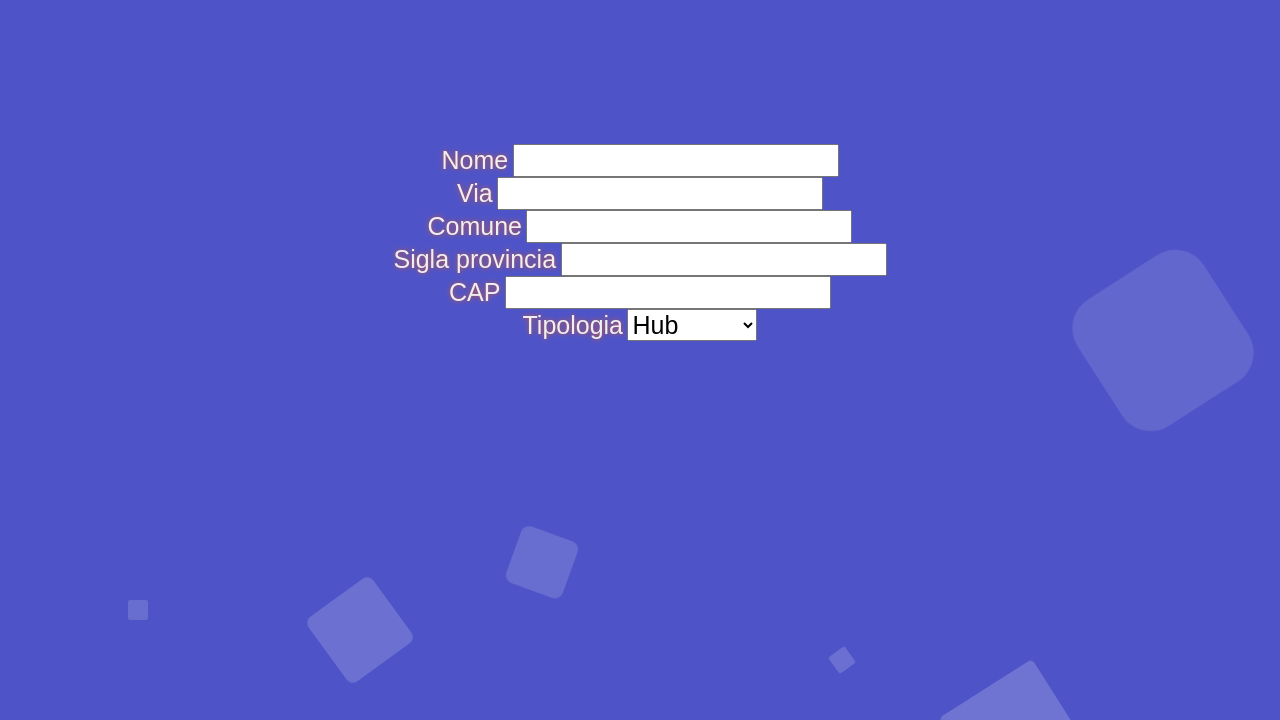
Repository: Jok98/CentriVaccinaliWebApp
Page: http://localhost/CentriVaccinaliOperatori/iscrizionecentrovax.jsp
These files come from the project's save history. The page is drawn as it stood at one moment and after the next save; the edit follows.
The browser window is 1280 px wide. The pictures show the whole page.
Some web fonts or font styles are not loaded; a fallback is used. The page is served by Tomcat 9.

Above is the page before, as saved 2022-09-24 16:22:53.

After the next save:
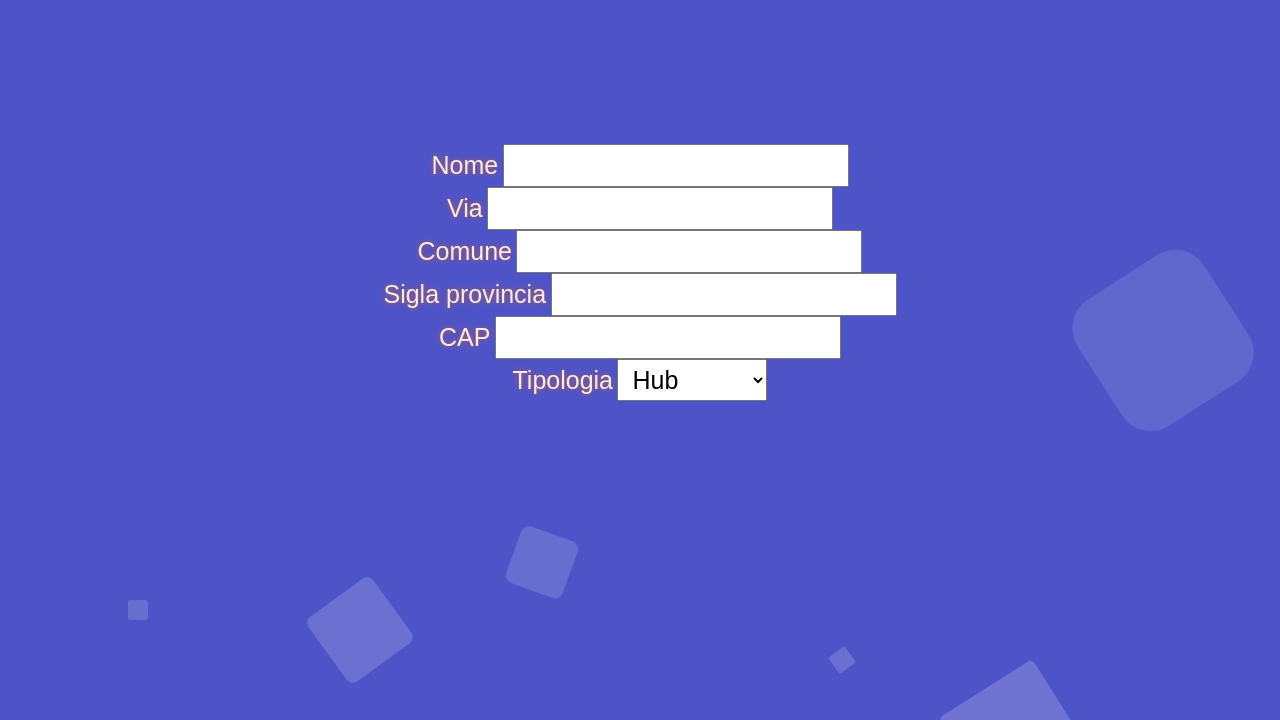
Saved 61 s later.
--- a/CentriVaccinaliOperatori/src/main/webapp/css/form.css
+++ b/CentriVaccinaliOperatori/src/main/webapp/css/form.css
@@ -37,6 +37,6 @@
 }
 
 .input {
-
+	padding: 5px 10px;
 	font-size: 25px;
 }

After the save that followed:
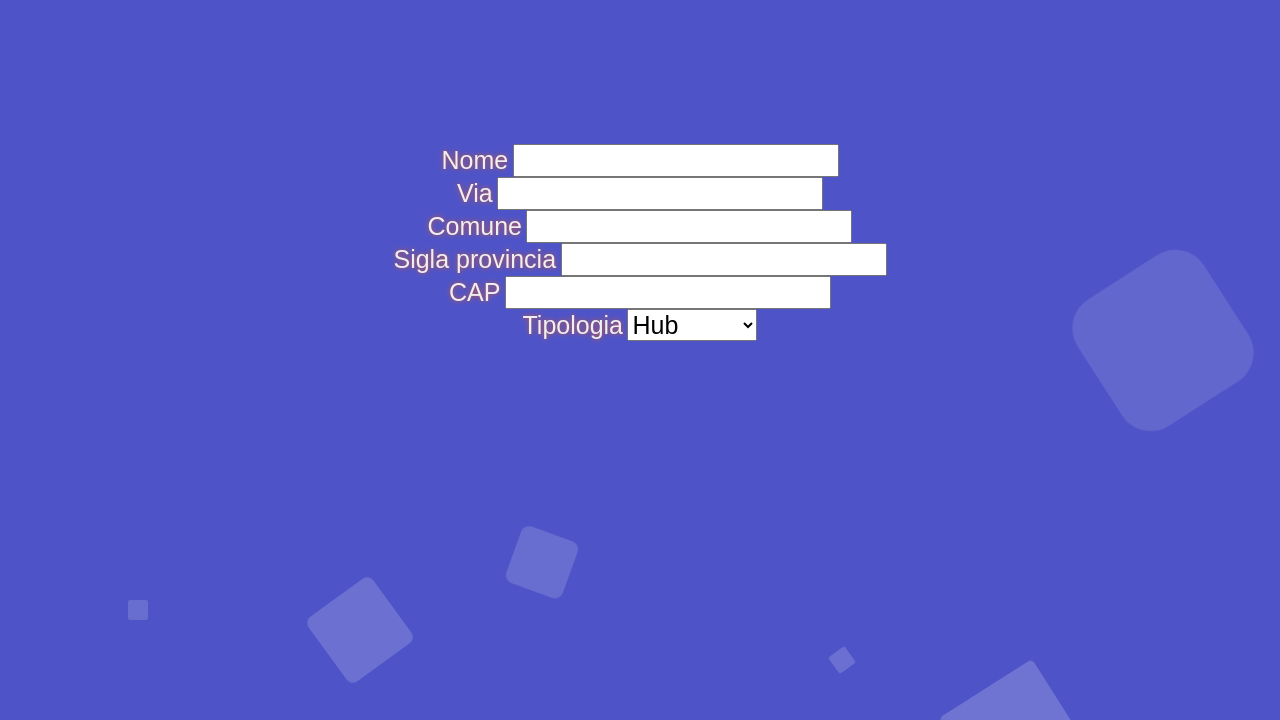
Saved 11 s later.
--- a/CentriVaccinaliOperatori/src/main/webapp/css/form.css
+++ b/CentriVaccinaliOperatori/src/main/webapp/css/form.css
@@ -37,6 +37,5 @@
 }
 
 .input {
-	padding: 5px 10px;
 	font-size: 25px;
 }
